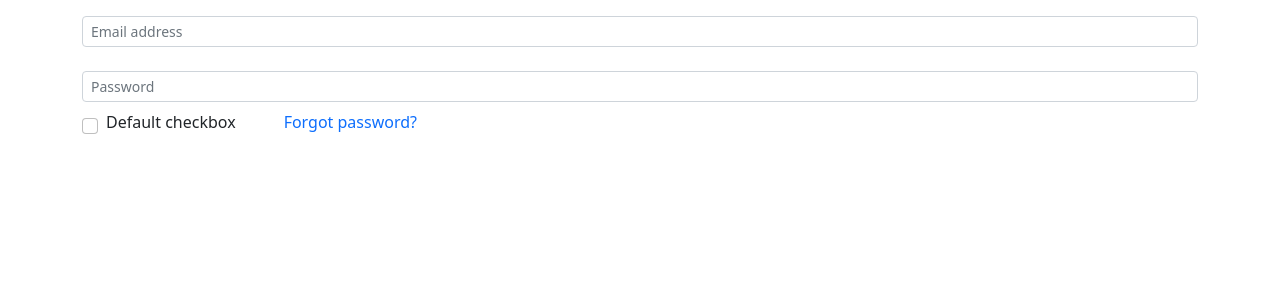
Repository: NPhanA/React2022
Page: / (app in Day 03-React/exercise/)
An editor plug-in stored every save of this project. The page is shown before and after the next save, followed by the edit.
The browser window is 1280 px wide. The pictures show the whole page.
The project was rebuilt for these pictures with package versions that can differ from the ones it lists, and the page was loaded fresh each time. Also part of the build but not shown: Day 03-React/exercise/src/App.css, Day 03-React/exercise/src/App.js, Day 03-React/exercise/src/Components/UserAgent.js, Day 03-React/exercise/src/Components/ProfileCard.js.

Above is the page before, as saved 2022-07-26 17:30:08.

After the next save:
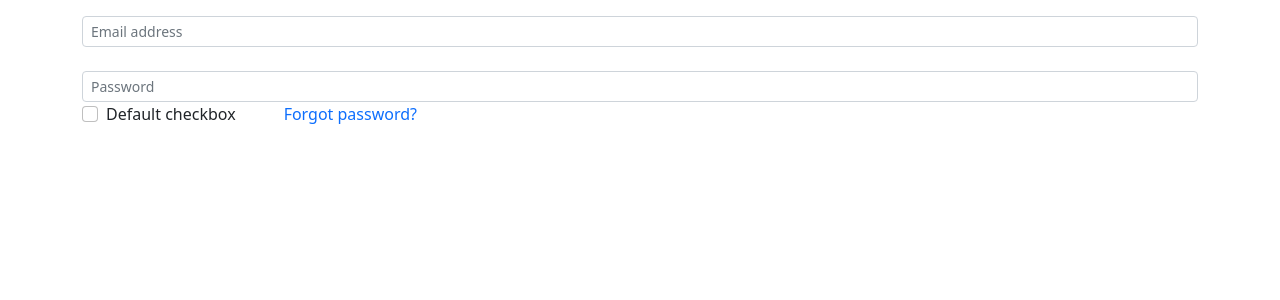
Saved 4 s later.
--- a/Day 03-React/exercise/src/Components/SignInForm.js
+++ b/Day 03-React/exercise/src/Components/SignInForm.js
@@ -10,8 +10,8 @@ function SignInForm() {
                 </form>
                 <form className="form-inline">
                 <div class="form-check">
-                <input className="form-check-input mt-3" type="checkbox" value="" id="flexCheckDefault"></input>
-                    <label class="form-check-label mt-2" for="flexCheckDefault">
+                <input className="form-check-input" type="checkbox" value="" id="flexCheckDefault"></input>
+                    <label class="form-check-label" for="flexCheckDefault">
                      Default checkbox
                 </label>
                 <span className="text-primary ms-5">Forgot password?</span>
